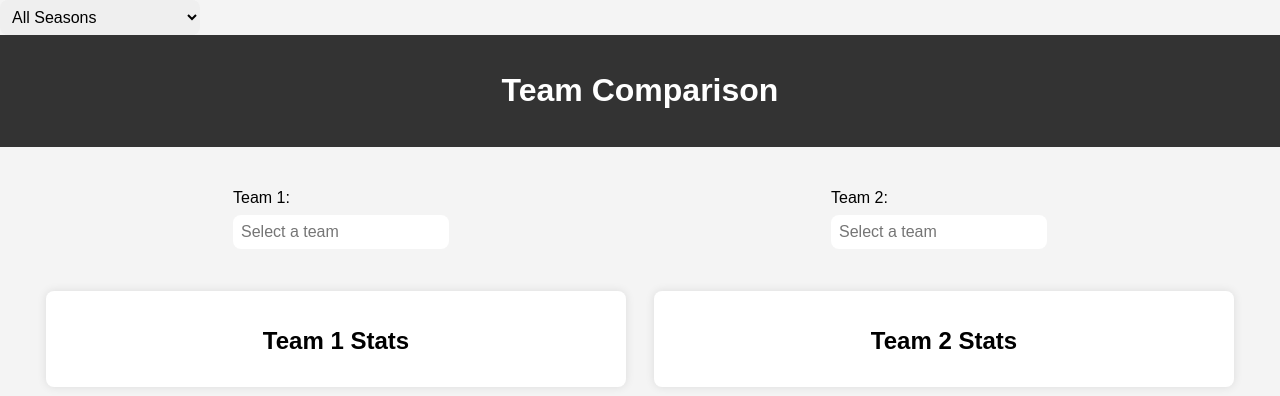
Repository: Enzo-py/dataviz-project-m1
Page: stat_page.html
An editor plug-in stored every save of this project. The page is shown before and after a run of saves, followed by the edit.
The browser window is 1280 px wide. The pictures show the whole page.
Some web fonts or font styles are not loaded; a fallback is used.

Above is the page before, as saved 2024-12-12 15:47:00.

### stat_page.html
<!DOCTYPE html>
<html lang="en">
<head>
    <meta charset="UTF-8">
    <meta name="viewport" content="width=device-width, initial-scale=1.0">
    <title>Team Comparison</title>
    <script type="text/javascript" src="js/d3.v7.min.js"></script>
    <script type="text/javascript" src="js/stat_page.js"></script>
    <link rel="stylesheet" href="style_stat_page.css">
    <link rel="preload" href="https://fonts.googleapis.com/css2?family=Material+Symbols+Outlined:opsz,wght,FILL,GRAD@20..48,100..700,0..1,-50..200&" as="style" onload="this.onload=null;this.rel='stylesheet'">
</head>
<body>
    <div class="season">
        <select id="season">
            <option value="total">All Seasons</option>
            <option value="2021-2022">2021-2022</option>
            <option value="2022-2023">2022-2023</option>
            <option value="2023-2024">2023-2024</option>
        </select>
    </div>
    <header>
        <h1>Team Comparison</h1>
    </header>
    <main>
        <div class="team-selection">
            <div class="team">
                <label for="team1">Team 1:</label>
                <input type="text" id="team1" list="teams" placeholder="Select a team">
            </div>
            <div class="team">
                <label for="team2">Team 2:</label>
                <input type="text" id="team2" list="teams" placeholder="Select a team">
            </div>
            <datalist id="teams">
                <!-- Options will be populated dynamically -->
            </datalist>
        </div>
        <section class="comparison-results">
            <div class="team-stats" id="team1-stats">
                <h2>Team 1 Stats</h2>
                <!-- Stats will be populated dynamically -->
            </div>
            <div class="team-stats" id="team2-stats">
                <h2>Team 2 Stats</h2>
                <!-- Stats will be populated dynamically -->
            </div>
        </section>
    </main>
</body>
</html>

### js/stat_page.js
document.addEventListener("DOMContentLoaded", function() {
    const teams = ["Team A", "Team B", "Team C", "Team D"]; // Example teams, replace with actual data

    const datalist = document.getElementById("teams");
    teams.forEach(team => {
        const option = document.createElement("option");
        option.value = team;
        datalist.appendChild(option);
    });

    document.getElementById("team1").addEventListener("change", updateStats);
    document.getElementById("team2").addEventListener("change", updateStats);

    function updateStats() {
        const team1 = document.getElementById("team1").value;
        const team2 = document.getElementById("team2").value;

        if (team1) {
            document.getElementById("team1-stats").innerHTML = `<h2>${team1} Stats</h2><p>Stats for ${team1} will be displayed here.</p>`;
        }

        if (team2) {
            document.getElementById("team2-stats").innerHTML = `<h2>${team2} Stats</h2><p>Stats for ${team2} will be displayed here.</p>`;
        }
    }
});

### style_stat_page.css
body {
    font-family: Arial, sans-serif;
    margin: 0;
    padding: 0;
    background-color: #f4f4f4;
}

header {
    background-color: #333;
    color: #fff;
    text-align: center;
    padding: 1rem 0;
}

main {
    padding: 2rem;
}

div.team-selection {
    display: flex;
    justify-content: space-around;
    margin-bottom: 2rem;
    background-color: var(--background-color);
    border: solid 2px var(--secondary-color);
    padding: 10px;
    border-radius: 8px;
    box-shadow: 0 3px 3px 0 var(--shadow-color);
}

.team, .season {
    display: flex;
    flex-direction: column;
    align-items: left;
}

.team label, .season label {
    margin-bottom: 0.5rem;
}

.team input, .season select {
    padding: 0.5rem;
    font-size: 1rem;
    width: 200px;
    border: solid 2px var(--secondary-color);
    border-radius: 8px;
    box-shadow: 0 3px 3px 0 var(--shadow-color);
}

.comparison-results {
    display: flex;
    justify-content: space-around;
}

.team-stats {
    background-color: #fff;
    padding: 1rem;
    border-radius: 8px;
    box-shadow: 0 0 10px rgba(0, 0, 0, 0.1);
    width: 45%;
}

.team-stats h2 {
    text-align: center;
    margin-bottom: 1rem;
}

Loaded but not shown: js/d3.v7.min.js (library)

After the next 2 saves:
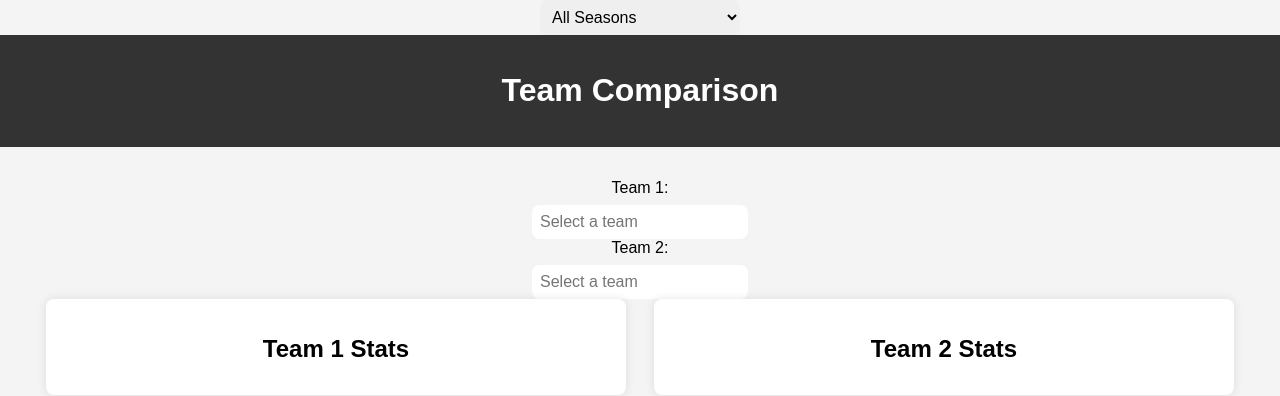
The 2 saves are shown as one change because they came seconds apart.
The last was saved 13 s later.
--- a/style_stat_page.css
+++ b/style_stat_page.css
@@ -16,7 +16,7 @@ main {
     padding: 2rem;
 }
 
-div.team-selection {
+menu.team-selection {
     display: flex;
     justify-content: space-around;
     margin-bottom: 2rem;
@@ -30,7 +30,7 @@ div.team-selection {
 .team, .season {
     display: flex;
     flex-direction: column;
-    align-items: left;
+    align-items: center;
 }
 
 .team label, .season label {
